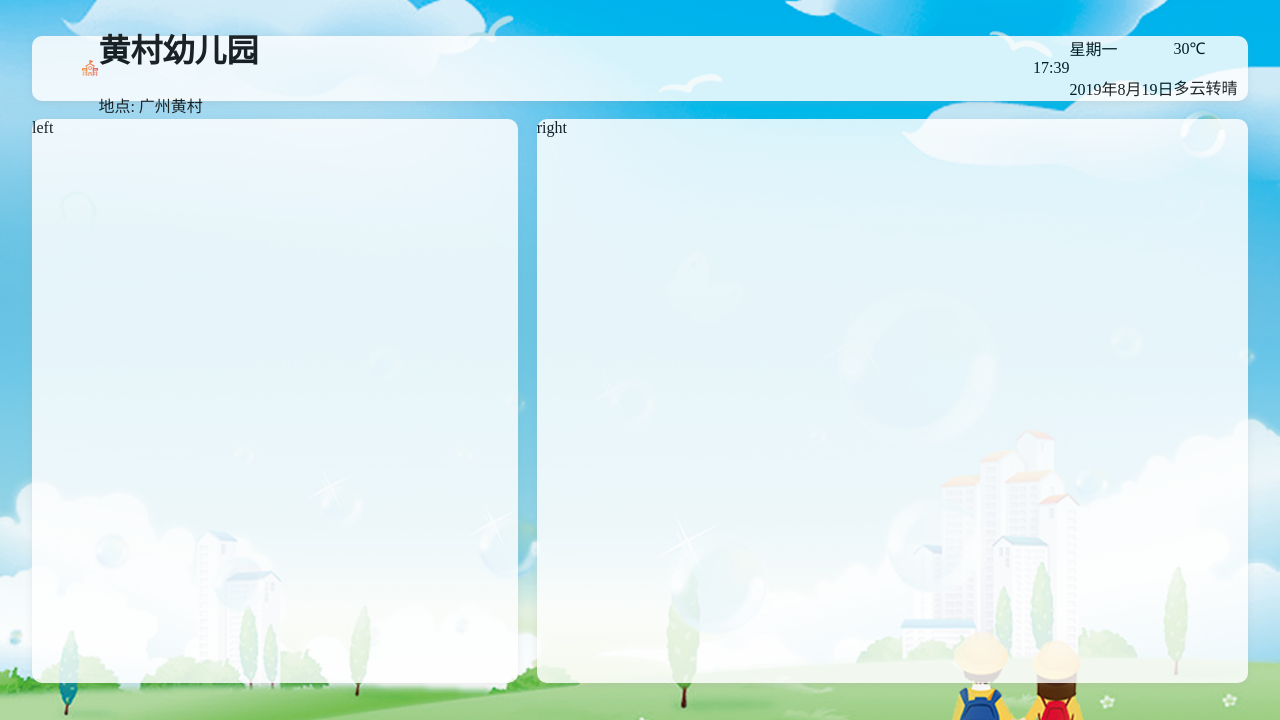
Repository: huangdesheng/classBrand
Page: / (app in classBrand/)
An editor plug-in stored every save of this project. The page is shown before and after the next save, followed by the edit.
The browser window is 1280 px wide. The pictures show the whole page.
The project was rebuilt for these pictures with package versions that can differ from the ones it lists, and the page was loaded fresh each time.

Above is the page before, as saved 2019-08-23 10:15:07.

After the next save:
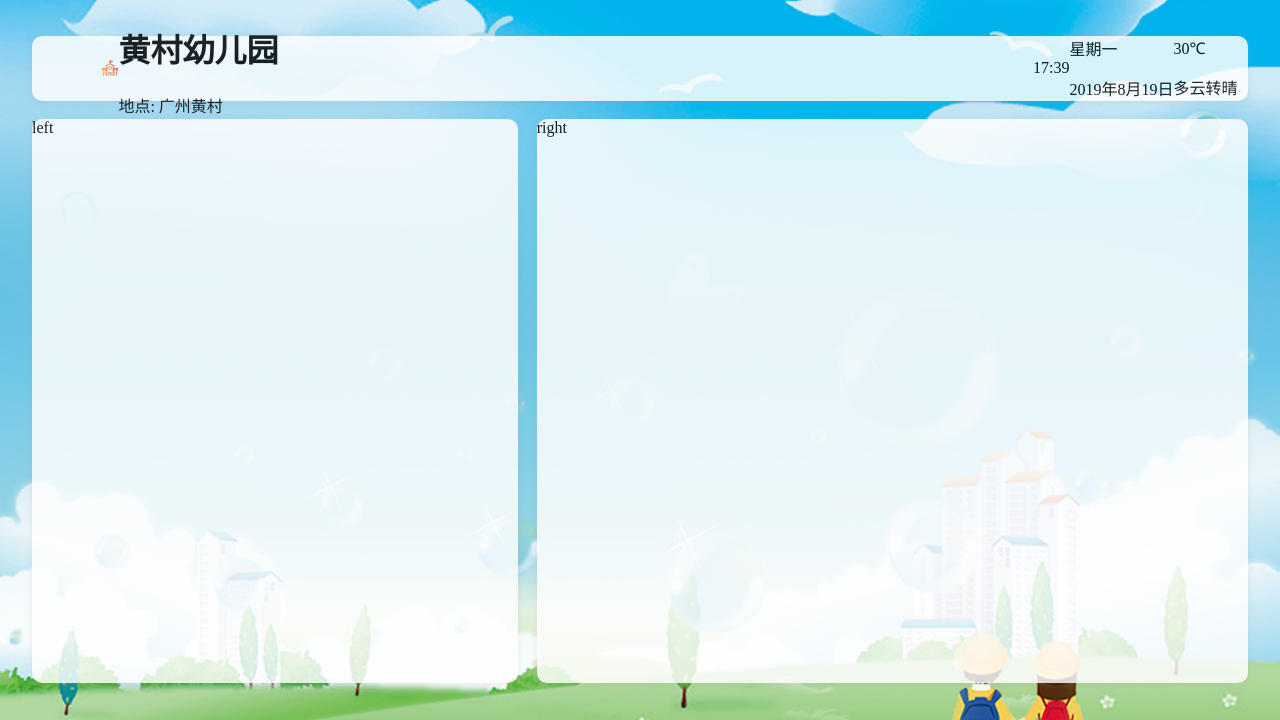
Saved 11 s later.
--- a/classBrand/src/views/index/index.vue
+++ b/classBrand/src/views/index/index.vue
@@ -73,6 +73,7 @@ export default {};
           > span {
             background: url(../../assets/icon/index.png);
             .img;
+            margin-left:20px;
           }
         }
       }
